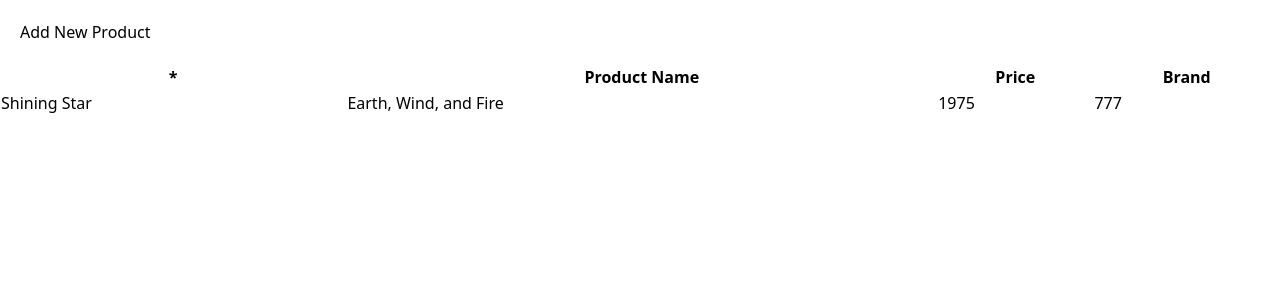
Repository: Semanmernstack/next-13-prisma-crud
Page: /product
An editor plug-in stored every save of this project. The page is shown before and after the next save, followed by the edit.
The browser window is 1280 px wide. The pictures show the whole page.
The project was rebuilt for these pictures with package versions that can differ from the ones it lists, and the page was loaded fresh each time. The framework's server and built-in components were replaced by stand-ins that run in the browser. Also part of the build but not shown: next.config.js.

Above is the page before, as saved 2023-06-01 01:48:05.

### app/layout.tsx
import './globals.css'
import { Inter } from 'next/font/google'



export const metadata = {
  title: 'Create Next App',
  description: 'Generated by create next app',
}

export default function RootLayout({
  children,
}: {
  children: React.ReactNode
}) {
  return (
    <html lang="en">
      <body className="">{children}</body>
    </html>
  )
}

### app/product/page.tsx
import React from 'react'
import AddPrisma from '../components/AddPrisma'

function page() {
  return (
    <div>
        <AddPrisma/>
        <table className="table w-full items-center">
        <thead>
          <tr className="items-center">
            <th>*</th>
            <th>Product Name</th>
            <th>Price</th>
            <th>Brand</th>
          </tr>
        </thead>
        <tbody>

          <tr>
            <td>Shining Star</td>
            <td>Earth, Wind, and Fire</td>
            <td>1975</td>
            <td>777</td>
          </tr>
        </tbody>
      </table>



    </div>
  )
}

export default page

### app/components/AddPrisma.tsx
"use client"
import React, { useState } from 'react'

function AddPrisma() {
    const [product, setProduct] = useState("");
    const [price, setPrice] = useState("")
    const [brand, setBrand] = useState("")
    const [open, setOpen] = useState(false)


  return (
    <div className='relative '>
        <button className='items-center justify-center flex cursor-pointer p-5' onClick={() => setOpen(true)}>Add New Product</button>
        {open ? (
            <div className="  mx-auto max-w-6xl justify-center items-center inset-0 z-50">
                <form className="p-5 flex flex-col   decoration-slate-400 p-5 " >
                    <div className='flex flex-col space-y-3 w-full'>
                        <label>Product Name</label>
                        <input className='w-full bg-slate-300 rounded-md outline-none' type="text" value={product} onChange={(e) => setProduct(e.target.value)} />
                    </div>
                    <div className='flex flex-col space-y-3 w-full'>
                        <label >Price</label>
                        <input className='w-ful bg-slate-300 rounded-md outline-none' type="text" value={price} onChange={(e) => setPrice(e.target.value)} />
                    </div>
                    <div className='flex flex-col  space-y-3 w-full'  >
                        <label>Brand</label>
                        <select className="outline-none hover:bg-blue-100" value={brand} onChange={(e) => setBrand(e.target.value)} >
                            <option className='outline-none hover:bg-blue-400' value="" disabled> Select Brand </option>
                            <option className='hover:bg-blue-900' value="">Brand 2</option>
                        </select>
                    </div>
                    <div className='flex space-x-5 items-center justify-center mt-8'>
                        <button type="button" className='bg-zinc-500 p-1 text-white' onClick={() => setOpen(false)} >Close</button>
                        <button type="submit" className="bg-red-500 p-1"  >Save</button>
                    </div>



                </form>

            </div>
        ): (null)}

    </div>

  )
}

export default AddPrisma

Loaded but not shown: app/globals.css (common file); tailwind.config.js (common file)

After the next save:
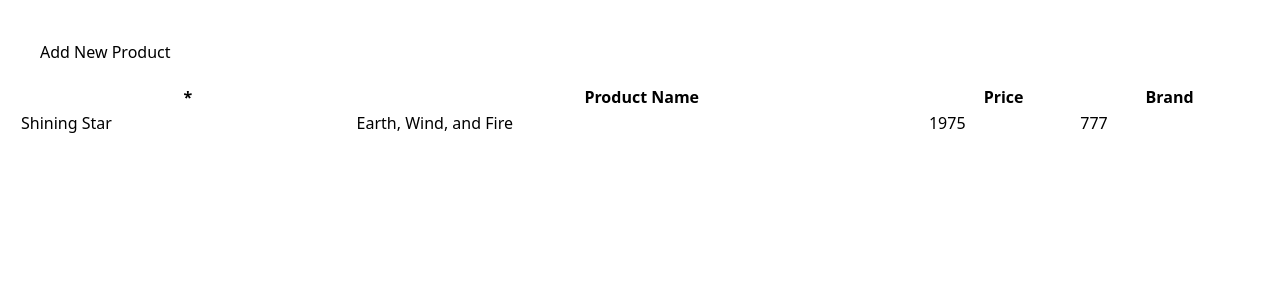
Saved 30 s later.
--- a/app/product/page.tsx
+++ b/app/product/page.tsx
@@ -3,7 +3,7 @@
 
 function page() {
   return (
-    <div>
+    <div className='p-5'>
         <AddPrisma/>
         <table className="table w-full items-center">
         <thead>
